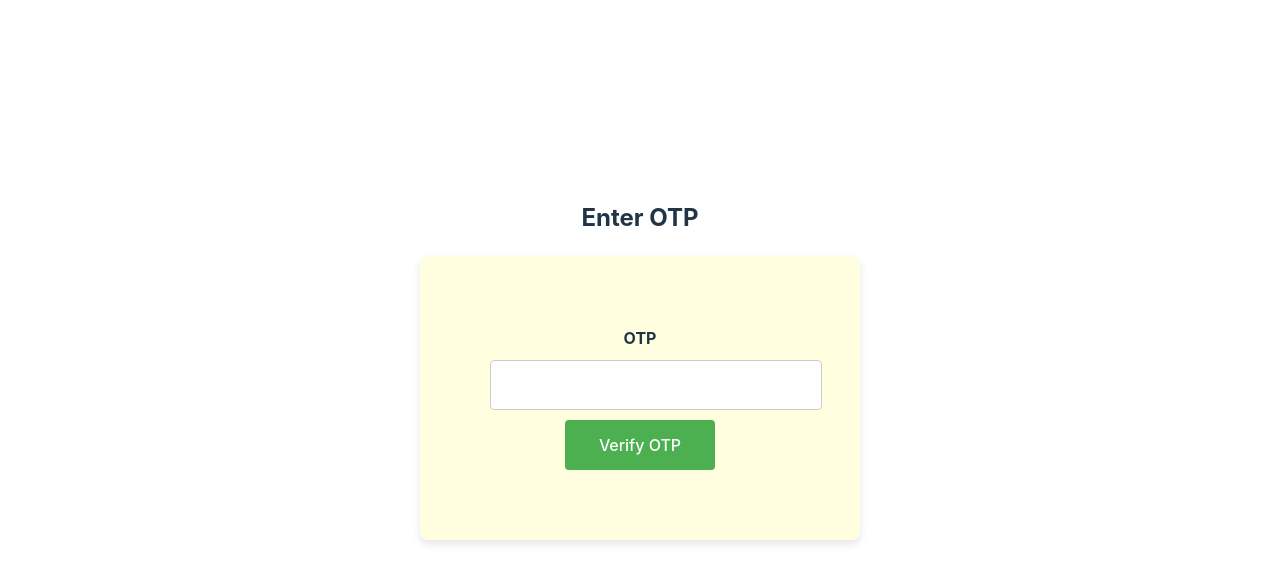
Repository: sarathraj2002/MockTest
Page: /check (app in Frontend/)
An editor plug-in stored every save of this project. The page is shown before and after the next save, followed by the edit.
The browser window is 1280 px wide. The pictures show the whole page.
The project was rebuilt for these pictures with package versions that can differ from the ones it lists, and the page was loaded fresh each time. Also part of the build but not shown: Frontend/vite.config.js, Frontend/src/components/Otp.jsx, Frontend/src/components/Home.jsx.

Above is the page before, as saved 2024-11-13 17:18:57.

### Frontend/index.html
<!doctype html>
<html lang="en">
  <head>
    <meta charset="UTF-8" />
    <link rel="icon" type="image/svg+xml" href="/vite.svg" />
    <meta name="viewport" content="width=device-width, initial-scale=1.0" />
    <title>MockTest</title>
  </head>
  <body>
    <div id="root"></div>
    <script type="module" src="/src/main.jsx"></script>
  </body>
</html>

### Frontend/src/main.jsx
import { StrictMode } from 'react'
import { createRoot } from 'react-dom/client'
import App from './App.jsx'
import './index.css'
import { BrowserRouter } from 'react-router-dom'


createRoot(document.getElementById('root')).render(
  <StrictMode>
     <BrowserRouter>
    <App />
    </BrowserRouter>
  </StrictMode>,
)

### Frontend/src/App.jsx
import { useState } from 'react'
import './App.css'
import Otp from './components/Otp'
import { Home } from './components/Home'
import { Route,Routes,useNavigate } from 'react-router-dom'
import Mail from './components/Mail'

function App() {
  const [email, setEmail] = useState('');
  const navigate = useNavigate();
  const handleEmailSubmit=(email)=>{
    setEmail(email);
    navigate('/check');
  }


  return (
    <>
    <Routes>
      <Route path='/' element={<Otp onEmailSubmit={handleEmailSubmit}/>}></Route>
      <Route path='/check' element={<Mail/>}></Route>
      <Route path='/home' element={<Home/>}></Route>
    </Routes>
    </>
  )
}

export default App

### Frontend/src/components/Mail.jsx
import React, { useState } from 'react';
import axios from 'axios';
import { useNavigate } from 'react-router-dom';

function OTPForm({ email, onOTPVerify }) {
  const [otp, setOtp] = useState('');
  const [errorMessage, setErrorMessage] = useState('');
  const navigate = useNavigate();

  const handleSubmit = async (e) => {
    e.preventDefault();

    try {
      const response = await axios.post('http://localhost:5000/api/verify-otp', {
        otp
      });
      const data = response.data;

      if (data.valid) {
        navigate('/home');
      } else {
        setErrorMessage(data.message || 'Invalid OTP. Please try again.');
      }
    } catch (error) {
      console.error('Error verifying OTP:', error);
      setErrorMessage('An error occurred while verifying OTP.');
    }
  };

  const formStyle = {
    width: '300px',
    margin: '0 auto',
    padding: '70px',
    backgroundColor: 'lightyellow',
    borderRadius: '8px',
    boxShadow: '0 4px 8px rgba(0, 0, 0, 0.1)',
  };

  const inputStyle = {
    width: '100%',
    padding: '15px',
    margin: '10px 0',
    borderRadius: '4px',
    border: '1px solid #ccc',
    fontSize: '16px',
  };

  const buttonStyle = {
    width: '50%',
    padding: '15px',

    backgroundColor: '#4CAF50',
    color: 'white',
    fontSize: '16px',
    border: 'none',
    borderRadius: '4px',
    cursor: 'pointer',
  };

  const buttonHoverStyle = {
    backgroundColor: '#45a049',
  };

  const errorMessageStyle = {
    color: 'red',
    marginTop: '10px',
    textAlign: 'center',
  };

  return (
    <div style={{ padding: '50px 20px', textAlign: 'center' }}>
      <h2 style={{ marginBottom: '20px' }}>Enter OTP</h2>
      <form onSubmit={handleSubmit} style={formStyle}>
        <label style={{ fontSize: '16px', fontWeight: 'bold', marginBottom: '10px' }}>OTP</label>
        <input
          type="text"
          value={otp}
          onChange={(e) => setOtp(e.target.value)}
          required
          maxLength="4"
          style={inputStyle}
        />
        <button type="submit" style={buttonStyle} onMouseEnter={(e) => e.target.style.backgroundColor = buttonHoverStyle.backgroundColor} onMouseLeave={(e) => e.target.style.backgroundColor = buttonStyle.backgroundColor}>
          Verify OTP
        </button>
      </form>
      {errorMessage && <p style={errorMessageStyle}>{errorMessage}</p>}
    </div>
  );
}

export default OTPForm;

Loaded but not shown: Frontend/src/index.css (common file); Frontend/src/App.css (common file)

After the next save:
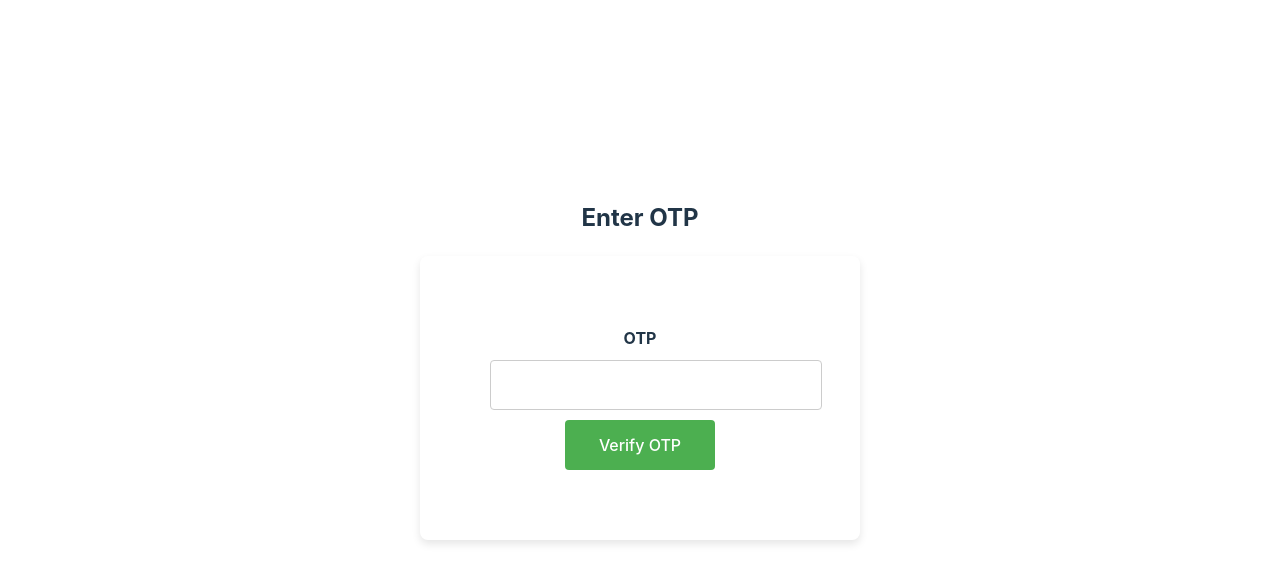
Saved 6 s later.
--- a/Frontend/src/components/Mail.jsx
+++ b/Frontend/src/components/Mail.jsx
@@ -31,7 +31,7 @@ function OTPForm({ email, onOTPVerify }) {
     width: '300px',
     margin: '0 auto',
     padding: '70px',
-    backgroundColor: 'lightyellow',
+    backgroundColor: '',
     borderRadius: '8px',
     boxShadow: '0 4px 8px rgba(0, 0, 0, 0.1)',
   };
